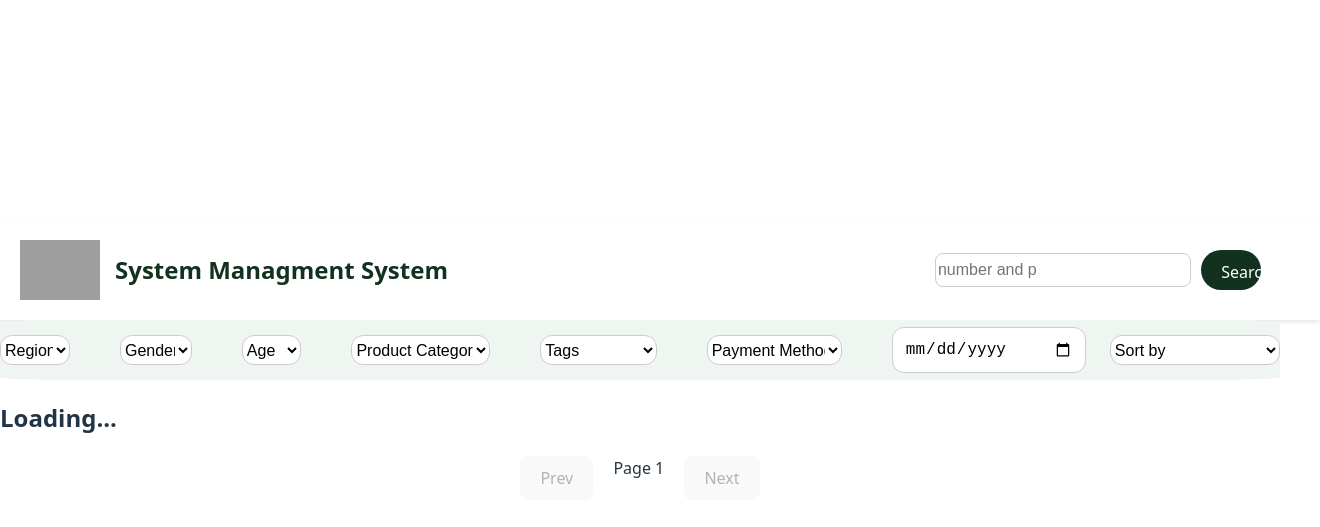
Repository: SandeepYadav18717/TruEstae
Page: / (app in TruEstae/)
An editor plug-in stored every save of this project. The page is shown before and after a run of saves, followed by the edit.
The browser window is 1280 px wide. The page is 1320 px wide, so the pictures cover 1320 px, including what lies to the right of the window. The pictures show the whole page.
Pictures or frames that could not be fetched are drawn as grey boxes. The page's requests for data from a server got no answer. The project was rebuilt for these pictures with package versions that can differ from the ones it lists, and the page was loaded fresh each time. No one was signed in, and anything a server would have sent is missing. Also part of the build but not shown: TruEstae/vite.config.js, TruEstae/src/App.css.

Above is the page before, as saved 2025-12-09 04:36:56.

### TruEstae/index.html
<!doctype html>
<html lang="en">
  <head>
    <meta charset="UTF-8" />
    <link rel="icon" type="image/svg+xml" href="/vite.svg" />
    <meta name="viewport" content="width=device-width, initial-scale=1.0" />
    <title>javascript</title>
  </head>
  <body>
    <div id="root"></div>
    <script type="module" src="/src/main.jsx"></script>
  </body>
</html>

### TruEstae/src/App.jsx
import './App.css'

import Home from './Pages/Home.jsx'

function App() {
  return (
    <>


     <Home />
    </>
  )
}

export default App

### TruEstae/src/Pages/Home.jsx
import { useState, useEffect } from "react";
import Logo from "./Logo.jsx";
import SearchBar from "../components/search_bar.jsx";
import "../Styles/Home.css";
import Table from "./Table.jsx";

function Home() {
  const [filters, setFilters] = useState({
    region: "",
    gender: "",
    age: "",
    category: "",
    tags: "",
    payment: "",
    date: "",
    sortBy: "",
    page: 1,
    limit: 10,
  });

  const [data, setData] = useState([]);
  const [loading, setLoading] = useState(false);

  function Page(e) {
    const { id, value } = e.target;
    setFilters((prev) => ({ ...prev, [id]: value, page: 1 })); // reset to page 1
  }

  useEffect(() => {
    async function fetchData() {
      setLoading(true);

      const res = await fetch("http://localhost:5000/get-data", {
        method: "POST",
        headers: { "Content-Type": "application/json" },
        body: JSON.stringify(filters),
      });

      const result = await res.json();
      setData(result);

      setLoading(false);
    }

    fetchData();
  }, [filters]);

  return (
    <>
      <div className="topBar">
        <Logo />
        <SearchBar />
      </div>


      <div className="Container_Ui">
        <div id="Customer_Region">
          <select id="region" onChange={Page}>
            <option hidden>Region</option>
            <option>Central</option>
            <option>North</option>
            <option>South</option>
            <option>East</option>
            <option>West</option>
          </select>
        </div>

        <div id="Gender">
          <select id="gender" onChange={Page}>
            <option hidden>Gender</option>
            <option>Male</option>
            <option>Female</option>
          </select>
        </div>

        <div id="Age">
          <select id="age" onChange={Page}>
            <option hidden>Age</option>
            <option>18-25</option>
            <option>26-35</option>
            <option>36-50</option>
            <option>50+</option>
          </select>
        </div>

        <div id="Product_Category">
          <select id="category" onChange={Page}>
            <option hidden>Product Category</option>
            <option>Beauty</option>
            <option>Electronic</option>
            <option>Clothing</option>
          </select>
        </div>

        <div id="Tags">
  <select id="tags" onChange={Page}>
    <option hidden>Tags</option>

    <option value="skincare">skincare</option>
    <option value="beauty">beauty</option>
    <option value="fashion">fashion</option>
    <option value="organic">organic</option>
    <option value="fragrance-free">fragrance-free</option>
    <option value="portable">portable</option>
    <option value="smart">smart</option>
    <option value="gadgets">gadgets</option>
    <option value="makeup">makeup</option>
    <option value="accessories">accessories</option>
    <option value="cotton">cotton</option>
    <option value="unisex">unisex</option>
    <option value="formal">formal</option>
  </select>
</div>


        <div id="Payment_Method">
          <select id="payment" onChange={Page}>
            <option hidden>Payment Method</option>
            <option>Wallet</option>
            <option>Cash</option>
            <option>Card</option>
            <option>UPI</option>
            <option>Net Banking</option>
          </select>
        </div>

        <div id="Date">
          <input id="date" type="date" onChange={Page} />
        </div>

        <div id="SortBy">
          <select id="sortBy" onChange={Page}>
            <option hidden>Sort by</option>
            <option value="name-asc">Customer Name (A-Z)</option>
            <option value="name-desc">Customer Name (Z-A)</option>
            <option value="newest">Newest First</option>
            <option value="oldest">Oldest First</option>
          </select>
        </div>
      </div>

   {/*here is the loader if loading is true no data show  */}
     {loading && (
  <h2>Loading...</h2>
)}

{/* using props to get the table when loader is not true */}
  {!loading && <Table data={data} />}


      {/* PAGINATION BUTTONS */}
      <div style={{ display: "flex", justifyContent: "center", gap: "20px", marginTop: "20px" }}>
        <button
          disabled={filters.page === 1}
          onClick={() =>
            setFilters((prev) => ({ ...prev, page: prev.page - 1 }))
          }
        >
          Prev
        </button>

        <span>Page {filters.page}</span>

        <button
          disabled={data.length < filters.limit}
          onClick={() =>
            setFilters((prev) => ({ ...prev, page: prev.page + 1 }))
          }
        >
          Next
        </button>
      </div>
    </>
  );
}

export default Home;

### TruEstae/src/Pages/Logo.jsx
import '../Styles/Logo.css';
function Logo() {
  return (
    <>
      <div className="App">
        <div id="container_home">
         <img src="https://truestate.in/assets/shared/images/trustate-logo-text.svg" />
          <h1>System Managment System</h1>
      </div>
    </div>
    </>
  );
}

export default Logo;

### TruEstae/src/components/search_bar.jsx
import '../Styles/search_bar.css';


function InputBar() {
  return (
    <div className="search_bar">
      <input type="text" placeholder="number and p" />
      <button type="submit">Search</button>
    </div>
  );
}

export default InputBar;

### TruEstae/src/Styles/Home.css
.Container_Ui {
  display: flex;
  gap:50px;
  flex-direction: row;
  align-items: center;
  justify-content: center;
  height: 100vh;
  background-color: #eff6f1;
  height:60px;
  width: 100%;
  border-radius: 5%;
}


select {
  width: 100%;
  height: 30px;
  border-radius: 12px;
  border: 1px solid #ccc;
  background: #fff;
  font-size: 16px;
  outline: none;
  cursor: pointer;
  transition: 0.2s;
}


select:hover {
  border-color: #063906;
  box-shadow: 0 4px 8px rgba(149, 190, 136, 0.899);
}


input[type="date"] {
  width: 100%;
  padding: 12px;
  border-radius: 12px;
  border: 1px solid #ccc;
  background: #fff;
  font-size: 16px;
  outline: none;
  transition: 0.2s;
}


input[type="date"]:hover {
  border-color: #4a6cf7;
  box-shadow: 0 0 8px rgba(74, 108, 247, 0.2);
}

.topBar {
  display: flex;
  align-items: center;
  justify-content: space-between;
  padding: 10px 20px;
  width: 100%;
gap: 35%;
  box-shadow: 0 2px 4px rgba(0, 0, 0, 0.1);
}

### TruEstae/src/Pages/Table.jsx
function Table({ data }) {
  return (
    <div style={{ margin: "20px", overflowX: "auto" }}>
      <table
        border="1"
        cellPadding="8"
        style={{
          width: "8%",
          borderCollapse: "collapse",
          background: "white",
          minWidth: "150px",
        }}
      >
        <thead>
          <tr>
            <th>Transaction ID</th>
            <th>Date</th>
            <th>Customer ID</th>
            <th>Customer Name</th>
            <th>Phone Number</th>
            <th>Gender</th>
            <th>Age</th>
            <th>Customer Region</th>
            <th>Customer Type</th>
            <th>Product ID</th>
            <th>Product Name</th>
            <th>Brand</th>
            <th>Product Category</th>
            <th>Tags</th>
            <th>Quantity</th>
            <th>Price per Unit</th>
            <th>Discount Percentage</th>
            <th>Total Amount</th>
            <th>Final Amount</th>
            <th>Payment Method</th>
            <th>Order Status</th>
            <th>Delivery Type</th>
            <th>Store ID</th>
            <th>Store Location</th>
            <th>Salesperson ID</th>
            <th>Employee Name</th>
          </tr>
        </thead>

        <tbody>
          {data.map((row, index) => (
            <tr key={index}>
              <td>{row["Transaction ID"]}</td>
              <td>{row["Date"]}</td>
              <td>{row["Customer ID"]}</td>
              <td>{row["Customer Name"]}</td>
              <td>{row["Phone Number"]}</td>
              <td>{row["Gender"]}</td>
              <td>{row["Age"]}</td>
              <td>{row["Customer Region"]}</td>
              <td>{row["Customer Type"]}</td>
              <td>{row["Product ID"]}</td>
              <td>{row["Product Name"]}</td>
              <td>{row["Brand"]}</td>
              <td>{row["Product Category"]}</td>
              <td>{row["Tags"]}</td>
              <td>{row["Quantity"]}</td>
              <td>{row["Price per Unit"]}</td>
              <td>{row["Discount Percentage"]}</td>
              <td>{row["Total Amount"]}</td>
              <td>{row["Final Amount"]}</td>
              <td>{row["Payment Method"]}</td>
              <td>{row["Order Status"]}</td>
              <td>{row["Delivery Type"]}</td>
              <td>{row["Store ID"]}</td>
              <td>{row["Store Location"]}</td>
              <td>{row["Salesperson ID"]}</td>
              <td>{row["Employee Name"]}</td>
            </tr>
          ))}
        </tbody>
      </table>
    </div>
  );
}

export default Table;

### TruEstae/src/Styles/Logo.css
#container_home {
  display: flex;
}
#container_home img {
  height: 60px;
  margin-right: 15px;
}
#container_home h1 {
  font-size: 24px;
  color: #12311f;
  align-self: center;
}

### TruEstae/src/Styles/search_bar.css
.search_bar {
    display: flex;
    align-items: center;
    gap: 10px;
    border-radius: 12px;
    max-width: 450px;
    margin: 20px auto;
    transition: transform 0.25s ease, box-shadow 0.25s ease;
}

.search_bar:hover {
    transform: translateY(-10px) scale(1.03);

}

.search_bar input {
    height: 30px;
    width: 250px;
    border: 1px solid #ccc;
    border-radius: 8px;
    font-size: 16px;


}

.search_bar input:hover {
    border-color: #12311f;
    box-shadow: 0 15px 12px #b4d8c3;
}

.search_bar button {
    height: 40px;
    width: 60px;
    border-radius: 25px;
    background: #12311f;
    color: white;
    font-size: 16px;
    cursor: pointer;
    transition: 0.2s;
}

.search_bar button:hover {
    background: #12311f;
    box-shadow: 0 15px 12px #b4d8c3;

}

Loaded but not shown: TruEstae/src/main.jsx (common file); TruEstae/src/index.css (common file)

After the next 2 saves:
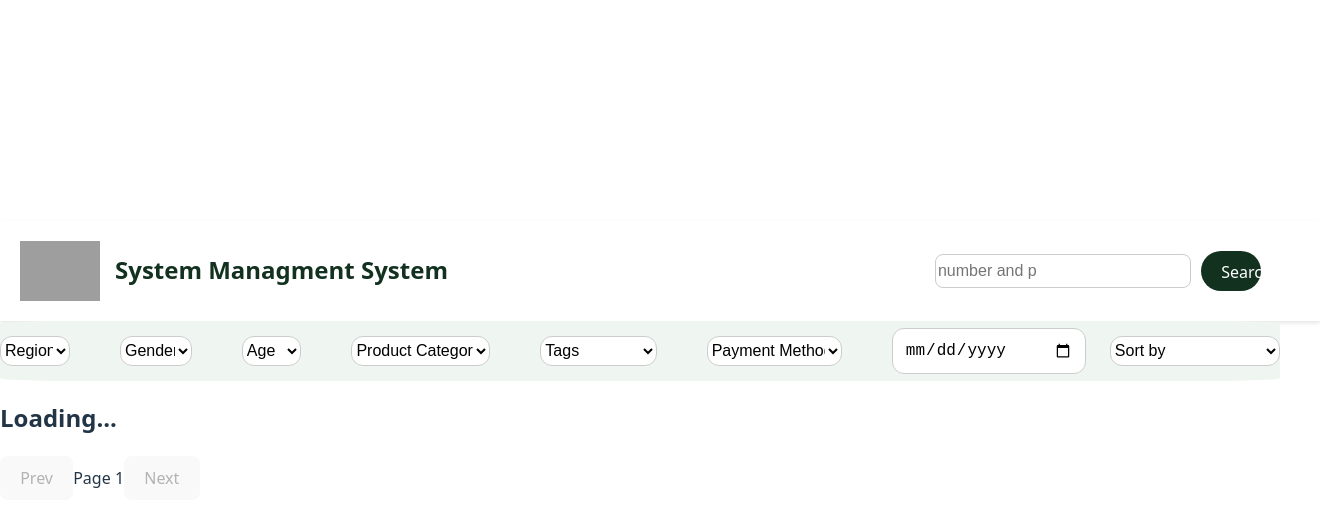
The 2 saves are shown as one change because they came seconds apart.
The last was saved 11 s later.
--- a/TruEstae/src/Pages/Home.jsx
+++ b/TruEstae/src/Pages/Home.jsx
@@ -149,7 +149,7 @@ function Home() {
 
 
       {/* PAGINATION BUTTONS */}
-      <div style={{ display: "flex", justifyContent: "center", gap: "20px", marginTop: "20px" }}>
+      <div>
         <button
           disabled={filters.page === 1}
           onClick={() =>
